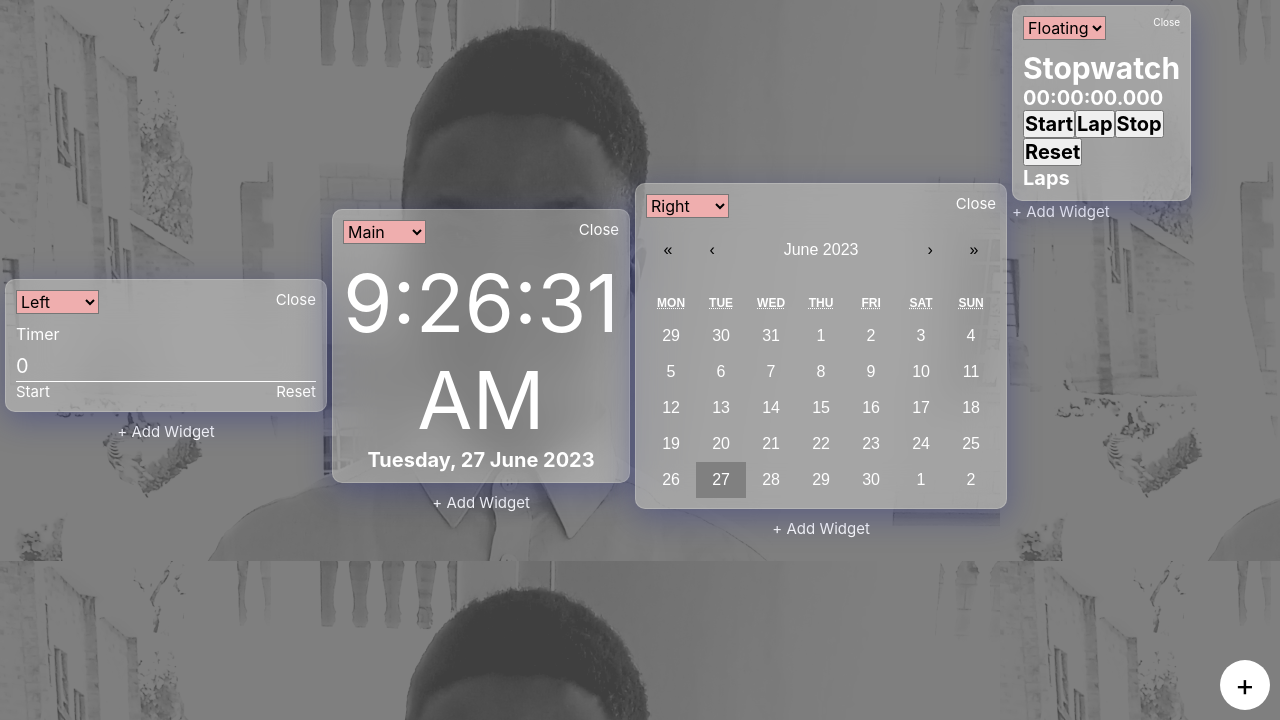
Repository: Angera-Silas/Planner-app
Page: /
The author's editor kept a copy of each file at every save. The page is drawn from the files as they stood at one save, then again after a run of saves.
The browser window is 1280 px wide. The pictures show the whole page.
The project was rebuilt for these pictures with package versions that can differ from the ones it lists, and the page was loaded fresh each time. Also part of the build but not shown: src/widgets/ReminderListWidget.js, src/modals/WidgetGalleryModal.js.

Above is the page before, as saved 2023-06-27 18:25:02.

### src/index.css
body {
  margin: 0;
  font-family: -apple-system, BlinkMacSystemFont, 'Segoe UI', 'Roboto', 'Oxygen',
    'Ubuntu', 'Cantarell', 'Fira Sans', 'Droid Sans', 'Helvetica Neue',
    sans-serif;
  -webkit-font-smoothing: antialiased;
  -moz-osx-font-smoothing: grayscale;
}

code {
  font-family: source-code-pro, Menlo, Monaco, Consolas, 'Courier New',
    monospace;
}
*,
*::before,
*::after {
 box-sizing: border-box;
}

img,
svg,
video,
canvas,
audio,
iframe,
embed,
object {
 display: block;
 max-width: 100%;
}

input,
button,
textarea,
select {
 font: inherit;
 color: black;
}

* {
 margin: 0;
 padding: 0;
 box-sizing: border-box;
 font: inherit;
 color: white;
}

/* width */
::-webkit-scrollbar {
 width: 10px;
}

/* Track */
::-webkit-scrollbar-track {
 background: #363636;
}

/* Handle */
::-webkit-scrollbar-thumb {
 background: #777;
}

/* Handle on hover */
::-webkit-scrollbar-thumb:hover {
 background: #1e1e1e;
}

### src/App.js
import React, { useState } from 'react';
import './App.css';
import ClockWidget from './widgets/ClockWidget';
import WidgetGalleryModal from './modals/WidgetGalleryModal';
import Draggable from 'react-draggable';
import TimerWidget from './widgets/TimerWidget';
import CalendarWidget from './widgets/CalendarWidget';
import MyCustomWidget from './widgets/MyCustomWidget';

function App() {
 const [widgets, setWidgets] = useState([
  { id: new Date().getTime(), component: <ClockWidget />, area: 'main-widget', name: "Date and Time" },
  { id: new Date().getTime() + 2, component: <CalendarWidget />, area: 'right-widget', name: "Calendar" },
  { id: new Date().getTime() + 1, component: <TimerWidget />, area: 'left-widget', name:"Timer" },
  { id: new Date().getTime(), component: <MyCustomWidget/>,area:'center-widget',name:"Stopwatch"},
 ])
 const [showWidgetModal, setShowWidgetModal] = useState(false)
 const [selectedWidgetArea, setSelectedWidgetArea] = useState('')

 const removeWidget = (index) => {
  try {
   setWidgets(widgets.filter(widget => widget.id !== index))
  } catch (error) {
   console.log(error)
  }
 }

 return (
  <>
   {showWidgetModal && <WidgetGalleryModal setShowWidgetModal={setShowWidgetModal} selectedWidgetArea={selectedWidgetArea} widgets={widgets} setWidgets={setWidgets} />}
   <div className="add-button"
    onClick={() => {
     console.log('add button clicked')
     setShowWidgetModal(true)
     setSelectedWidgetArea('none-widget')
    }}
   >
    <p
     className='add-widget-button'
     style={{ background: "none", border: "none", color: "black", fontSize: "30px", cursor: "pointer", backgroundColor: "white", borderRadius: "50%", width: "50px", display: "flex", justifyContent: "center", alignItems: "center", height: "50px", position: "fixed", bottom: "10px", right: "10px" }}
    >+</p>
   </div>
   <div className='none-widget' >
    {widgets.length > 0 && widgets.map((widget, index) => {
     if (widget.area === 'none-widget') {
      return (
       <Draggable>
            <div style={{ padding: 10,}} className='widget-container' >
             <div style={{ marginBottom: 10 }}>
              <select value={widget.area}
               onChange={(e) => {
                let widgetList = [...widgets]
                widgetList[index].area = e.target.value
                setWidgets(widgetList)
               }}
              >
               <option value="none-widget">Floating</option>
               <option value="left-widget">Left</option>
               <option value="main-widget">Main</option>
               <option value="right-widget">Right</option>
              </select>
              <button
               onClick={() => {
                removeWidget(widget.id)
               }}
               style={{ background: "none", border: "none", color: "white", fontSize: "15px", cursor: "pointer", float: "right" }}
              >Close</button>
             </div>
             {widget.component}
            </div>
       </Draggable>
      )
     }
    })}
   </div>
   <div className="App">
    <div className="container">
     <div className='left-widget'>
      {widgets.length > 0 && widgets.map((widget, index) => {
       if (widget.area === 'left-widget') {
        return (
         <div style={{ padding: 10,}} className='widget-container'>
          <div style={{ marginBottom: 10 }}>
           <select value={widget.area}
            onChange={(e) => {
             let widgetList = [...widgets]
             widgetList[index].area = e.target.value
             setWidgets(widgetList)
            }}
           >
            <option value="none-widget">Floating</option>
            <option value="left-widget">Left</option>
            <option value="main-widget">Main</option>
            <option value="right-widget">Right</option>
           </select>
           <button
            onClick={() => {
             removeWidget(widget.id)
            }}
            style={{ background: "none", border: "none", color: "white", fontSize: "15px", cursor: "pointer", float: "right" }}
           >Close</button>
          </div>
          {widget.component}
         </div>
        )
       }
      })}
      {widgets.filter(widget => widget.area === 'left-widget').length < 3 && widgets.filter(widget => widget.area === 'left-widget').length > 0 &&
       <button
        className='add-widget-button'
        onClick={() => {
         setShowWidgetModal(true)
         setSelectedWidgetArea('left-widget')
        }}>+ Add Widget</button>
      }
     </div>
     <div className='main-widget'>
      {widgets.length > 0 && widgets.map((widget, index) => {
       if (widget.area === 'main-widget') {
        return (
         <div style={{ padding: 10,}} className='widget-container' >
          <div style={{ marginBottom: 10 }}>
           <select value={widget.area}
            onChange={(e) => {
             let widgetList = [...widgets]
             widgetList[index].area = e.target.value
             setWidgets(widgetList)
            }}
           >
            <option value="none-widget">Floating</option>
            <option value="left-widget">Left</option>
            <option value="main-widget">Main</option>
            <option value="right-widget">Right</option>
           </select>
           <button
            onClick={() => {
             removeWidget(widget.id)
            }}
            style={{ background: "none", border: "none", color: "white", fontSize: "15px", cursor: "pointer", float: "right" }}
           >Close</button>
          </div>
          {widget.component}
         </div>
        )
       }
      })}
      {widgets.filter(widget => widget.area === 'main-widget').length < 2 &&
       <button
        className='add-widget-button'
        onClick={() => {
         setShowWidgetModal(true)
         setSelectedWidgetArea('main-widget')
        }}>+ Add Widget</button>
      }
     </div>
     <div className='right-widget'>
      {widgets.length > 0 && widgets.map((widget, index) => {
       if (widget.area === 'right-widget') {
        return (
         <div style={{ padding: 10,}} className='widget-container'>
          <div style={{ marginBottom: 10 }}>
           <select value={widget.area}
            onChange={(e) => {
             let widgetList = [...widgets]
             widgetList[index].area = e.target.value
             setWidgets(widgetList)
            }}
           >
            <option value="none-widget">Floating</option>
            <option value="left-widget">Left</option>
            <option value="main-widget">Main</option>
            <option value="right-widget">Right</option>
           </select>
           <button
            onClick={() => {
             removeWidget(widget.id)
            }}
            style={{ background: "none", border: "none", color: "white", fontSize: "15px", cursor: "pointer", float: "right" }}
           >Close</button>
          </div>
          {widget.component}
         </div>
        )
       }
      })}
      {widgets.filter(widget => widget.area === 'right-widget').length < 3 && widgets.filter(widget => widget.area === 'right-widget').length > 0 &&
       <button
        className='add-widget-button'
        onClick={() => {
         setShowWidgetModal(true)
         setSelectedWidgetArea('right-widget')
        }}>+ Add Widget</button>
      }
     </div>
     <div className='center-widget'>
      {widgets.length > 0 && widgets.map((widget, index) => {
       if (widget.area === 'center-widget') {
        return (
         <div style={{ padding: 10,}} className='widget-container' >
          <div style={{ marginBottom: 10 }}>
           <select value={widget.area}
            onChange={(e) => {
             let widgetList = [...widgets]
             widgetList[index].area = e.target.value
             setWidgets(widgetList)
            }}
           >
            <option value="none-widget">Floating</option>
            <option value="left-widget">Left</option>
            <option value="main-widget">Main</option>
            <option value="right-widget">Right</option>
           </select>
           <button
            onClick={() => {
             removeWidget(widget.id)
            }}
            style={{ background: "none", border: "none", color: "white", fontSize: "10px", cursor: "pointer", float: "right" }}
           >Close</button>
          </div>
          {widget.component}
         </div>
        )
       }
      })}
      {widgets.filter(widget => widget.area === 'center-widget').length < 2 &&
       <button
        className='add-widget-button'
        onClick={() => {
         setShowWidgetModal(true)
         setSelectedWidgetArea('center-widget')
        }}>+ Add Widget</button>
      }
     </div>
    </div>
   </div>
  </>
 )
}

export default App;

### src/App.css
.App {
  background: url("background.jpg");
  height: 100vh;
  display: flex;
  justify-content: flex-start;
  align-items: center;
  width: 100%;

}

.container {
  display: flex;
  flex-direction: row;
  align-items: flex-start;
  justify-content: space-between;
  gap: 5px;
  width: 100vh;
  padding: 5px;
  max-height: 100vh;
  height: 100%;

}

.item {
  background-color: rgba(255, 255, 255, 0.8);
  border: 1px solid rgba(0, 0, 0);
  padding: 20px;
  font-size: 30px;
  text-align: center;
}

.time {
  font-size: 80px;
  color: white;
  text-align: center;
}

.date {
  font-size: 20px;
  color: white;
  text-align: center;
  font-weight: bold;
}

.add-widget-button {
  background-color: transparent;
  color: white;
  border: none;
  font-size: 15px;
  text-align: center;
  cursor: pointer;
}

.add-widget-button:hover {
  color: #1e1e1e;
}

.right-widget,
.left-widget,
.main-widget {
  display: flex;
  justify-content: center;
  align-items: center;
  flex-direction: column;
  gap: 10px;
  height: 100%;
  max-width: 500px;
}

.none-widget {
  position: fixed;
  /* height: 100vh;
  width: 100vw; */
  top: 0px;
  left: 0px;
}

select {
 background-color: #efaeae;
}

/* Modal */
.modal {
  position: fixed;
  z-index: 1;
  padding-top: 100px;
  left: 0;
  top: 0;
  width: 100vw;
  height: 100vh;
  overflow: auto;
  background-color: rgb(0, 0, 0, 0.4);
}

.modal-content {
  background-color: #183A37;
  margin: auto;
  padding: 20px;
  width: 50%;
  max-height: 50vh;
  overflow: scroll;
}

.modal-header {
  display: flex;
  justify-content: space-between;
  align-items: flex-start;
}

.modal-header h2 {
  color: white;
  font-weight: bold;
  font-size: 25px;
}

.row {
  display: flex;
  justify-content: space-between;
  align-items: center;
  gap: 10px;
}

.widget-gallery-item {
  color: black;
  border: 1px solid white;
  padding: 10px;
  margin-bottom: 10px;
}

.text-input {
  outline: none;
  border: none;
  border-bottom: 1px solid white;
  width: 100%;
  background-color: transparent;
  color: white;
  font-size: 20px;
  margin-top: 10px;
  padding-bottom: 3px;
}

.widget-container {
  background: rgba(255, 255, 255, 0.3);
  box-shadow: 0 8px 32px 0 rgba(31, 38, 135, 0.37);
  backdrop-filter: blur(20px);
  -webkit-backdrop-filter: blur(20px);
  border-radius: 10px;
  border: 1px solid rgba(255, 255, 255, 0.18);

}

.widget-gallery-item-name{
  font-size: 20px;
  font-weight: bold;
  margin-bottom: 10px;
}
.stopwatch {
 width: 100%;
 font-size: 20px;
 color: white;
 font-weight: bold;
}

### src/widgets/ClockWidget.js
import React, { useEffect, useState } from 'react'

export default function ClockWidget() {
  const [time, setTime] = useState(new Date().toLocaleTimeString())
  const [date, setDate] = useState(new Date())
  useEffect(() => {
    const interval = setInterval(() => {
      setTime(new Date().toLocaleTimeString())
      setDate(new Date())
    }, 1000)
    return () => clearInterval(interval)
  }, [])

  const tidyDate = (date) => {
    const dateArray = date
    const day = dateArray.getDay()
    const dateNumber = dateArray.getDate()
    const month = dateArray.getMonth() + 1
    const year = dateArray.getFullYear()

    const days = ['Sunday', 'Monday', 'Tuesday', 'Wednesday', 'Thursday', 'Friday', 'Saturday']
    const months = ['January', 'February', 'March', 'April', 'May', 'June', 'July', 'August', 'September', 'October', 'November', 'December']

    return `${days[day]}, ${dateNumber} ${months[month - 1]} ${year}`

  }

  return (
    <div>
      <p className='time'>{time}</p>
      <p className='date'>{tidyDate(date)}</p>
    </div>
  )
}

### src/widgets/TimerWidget.js
import React, { useEffect, useState } from 'react'

export default function TimerWidget() {
  const [timerListData, setTimerListData] = useState({
    time: 0,
    isRunning: false,
  })

  const tidyTime = (time) => {
    let hours = Math.floor(time / 3600)
    let minutes = Math.floor((time - (hours * 3600)) / 60)
    let seconds = time - (hours * 3600) - (minutes * 60)

    if (hours < 10) { hours = "0" + hours }
    if (minutes < 10) { minutes = "0" + minutes }
    if (seconds < 10) { seconds = "0" + seconds }

    return hours + ':' + minutes + ':' + seconds
  }

  useEffect(() => {
    // timer logic
    let interval = null
    if (timerListData.isRunning && timerListData.time > 0) {
      interval = setInterval(() => {
        setTimerListData({
          ...timerListData,
          time: parseInt(timerListData.time) - 1,
        })
      }, 1000)
    } else if (!timerListData.isRunning && timerListData.time !== 0) {
      setTimerListData({
        ...timerListData,
        isRunning: false,
      })
      clearInterval(interval)
    } else if (timerListData.isRunning && timerListData.time === 0) {
      setTimerListData({
        ...timerListData,
        isRunning: false,
      })
      clearInterval(interval)
      alert('Timer is up!')
    }

      return () => clearInterval(interval)
  }, [timerListData.isRunning, timerListData.time])

  return (
    <div style={{ minWidth: 300 }}>
      <div style={{ display: "flex", justifyContent: "space-between", alignItems: "row" }}>
        <p>Timer</p>
      </div>
      <div className='timer-container'>
        <div className='timer-display'>
          {timerListData.isRunning ?
            <p style={{ textAlign: "center", fontWeight: "bold", fontSize: 20 }}>{tidyTime(timerListData.time)}</p>
            :
            <input type="text" className='text-input' value={timerListData.time} onChange={(e) => {
              setTimerListData({
                ...timerListData,
                time: e.target.value,
              })
            }} />
          }
        </div>
        <div className='timer-controls' style={{ display: "flex", justifyContent: "space-between", alignItems: "center", }}>
          <button
            style={{
              background: "none",
              border: "none",
              color: "white",
              fontSize: "15px",
              cursor: "pointer",
            }}
            onClick={() => {
              setTimerListData({
                ...timerListData,
                isRunning: !timerListData.isRunning,
              })
            }}
          >{timerListData.isRunning ? 'Stop' : 'Start'}</button>
          <button
            style={{
              background: "none",
              border: "none",
              color: "white",
              fontSize: "15px",
              cursor: "pointer",
            }}
            onClick={() => {
              setTimerListData({
                ...timerListData,
                time: 0,
              })
            }}
          >Reset</button>
        </div>
      </div>
    </div>
  )
}

### src/widgets/MyCustomWidget.js
import React, { useEffect, useState } from 'react';
import { BsStopwatch } from 'react-icons/bs'

export default function MyCustomWidget() {
   const [stopwatchData, setStopwatchData] = useState([
  { id: 0, name: "Timer 1", time: 0, isRunning: false, lap: [], time_started: 0, pause: [] },
 ])
 const [selectedRow, setSelectedRow] = useState(0)

 useEffect(() => {
  const interval = setInterval(() => {
   setStopwatchData(stopwatchData.map((stopwatch) => {
    if (stopwatch.isRunning) {
     return { ...stopwatch, time: new Date() - stopwatch.time_started - stopwatch.pause.reduce((a, b) => a + b, 0) }
    }
    return stopwatch
   }))
  }, 10)
  return () => clearInterval(interval)
 }, [stopwatchData])
 const handleStart = (id) => {
  setStopwatchData(stopwatchData.map((stopwatch) => {
   if (stopwatch.id === id) {
    return { ...stopwatch, isRunning: true, time_started: new Date() - stopwatch.time - stopwatch.pause.reduce((a, b) => a + b, 0) }
   }
   return stopwatch
  }))
 }

 const handleStop = (id) => {
  setStopwatchData(stopwatchData.map((stopwatch) => {
   if (stopwatch.id === id) {
    return { ...stopwatch, isRunning: false, pause: [...stopwatch.pause, new Date() - stopwatch.time_started - stopwatch.pause.reduce((a, b) => a + b, 0)] }
   }
   return stopwatch
  }))
 }

 const handleReset = (id) => {
  setStopwatchData(stopwatchData.map((stopwatch) => {
   if (stopwatch.id === id) {
    return { ...stopwatch, time: 0, isRunning: false, lap: [] }
   }
   return stopwatch
  }))
 }

 const handleLap = (id) => {
  setStopwatchData(stopwatchData.map((stopwatch) => {
   if (stopwatch.id === id) {
    return { ...stopwatch, lap: [...stopwatch.lap, stopwatch.time] }
   }
   return stopwatch
  }))
 }
  return (
    <div className='stopwatch'>
      <div style={{ display: "flex", alignItems: "center", flexDirection: "row", justifyContent: "space-between", width: "100%" }}>
      <div style={{ textAlign: "left" }}>
       <h1 style={{ fontWeight: "bold", fontSize: 30 }}>Stopwatch</h1>
      </div>
     </div>

     <p className='main-time-label'>{stopwatchData[selectedRow]?.time > 0 ? new Date(stopwatchData[selectedRow]?.time).toISOString().slice(11, -1) : "00:00:00.000"}</p>
     <div className="main-button-controls">
      <button className={"control-buttons"} onClick={() => handleStart(stopwatchData[selectedRow].id)}>Start</button>
      <button className={"control-buttons"} onClick={() => handleLap(stopwatchData[selectedRow].id)}>Lap</button>
      <button className={"control-buttons"} onClick={() => handleStop(stopwatchData[selectedRow].id)}>Stop</button>
      <button className={"control-buttons"} onClick={() => handleReset(stopwatchData[selectedRow].id)}>Reset</button>
     </div>
     <p className='lap-label'>Laps</p>
     <div className='lap-container'>
      {stopwatchData[selectedRow]?.lap.length > 0 && stopwatchData[selectedRow]?.lap.map((lap, index) => (
       <div style={{ display: "flex", justifyContent: "space-between", width: "500px" }}>
        <p>Lap {index + 1}</p>
        <p className='lap-time-label' key={index}>{new Date(lap).toISOString().slice(11, -1)}</p>
       </div>
      ))}
     </div>
    </div>
  )
}

### src/styles/styles.css
.react-calendar {
  width: 350px;
  max-width: 100%;
  background: transparent;
  font-family: Arial, Helvetica, sans-serif;
  line-height: 1.125em;
}

.react-calendar--doubleView {
  width: 700px;
}

.react-calendar--doubleView .react-calendar__viewContainer {
  display: flex;
  margin: -0.5em;
}

.react-calendar--doubleView .react-calendar__viewContainer > * {
  width: 50%;
  margin: 0.5em;
}

.react-calendar,
.react-calendar *,
.react-calendar *:before,
.react-calendar *:after {
  -moz-box-sizing: border-box;
  -webkit-box-sizing: border-box;
  box-sizing: border-box;
}

.react-calendar button {
  margin: 0;
  border: 0;
  outline: none;
}

.react-calendar button:enabled:hover {
  cursor: pointer;
}

.react-calendar__navigation {
  display: flex;
  height: 44px;
  margin-bottom: 1em;
}

.react-calendar__navigation button {
  min-width: 44px;
  background: none;
}

.react-calendar__navigation button:disabled {
  background-color: #f0f0f0;
}

.react-calendar__navigation button:enabled:hover,
.react-calendar__navigation button:enabled:focus {
  background-color: #e6e6e6;
}

.react-calendar__month-view__weekdays {
  text-align: center;
  text-transform: uppercase;
  font-weight: bold;
  font-size: 0.75em;
}

.react-calendar__month-view__weekdays__weekday {
  padding: 0.5em;
}

.react-calendar__month-view__weekNumbers .react-calendar__tile {
  display: flex;
  align-items: center;
  justify-content: center;
  font-size: 0.75em;
  font-weight: bold;
}

.react-calendar__month-view__days__day--weekend {
  color: #d10000;
}

.react-calendar__month-view__days__day--neighboringMonth {
  color: #757575;
}

.react-calendar__year-view .react-calendar__tile,
.react-calendar__decade-view .react-calendar__tile,
.react-calendar__century-view .react-calendar__tile {
  padding: 2em 0.5em;
}

.react-calendar__tile {
  max-width: 100%;
  padding: 10px 6.6667px;
  background: none;
  text-align: center;
  line-height: 16px;
}

.react-calendar__tile:disabled {
  background-color: #f0f0f0;
}

.react-calendar__tile:enabled:hover,
.react-calendar__tile:enabled:focus {
  background-color: #e6e6e6;
}

.react-calendar__tile--now {
  background: gray;
}

.react-calendar__tile--now:enabled:hover,
.react-calendar__tile--now:enabled:focus {
  background: gray;
}

.react-calendar__tile--hasActive {
  background: #76baff;
}

.react-calendar__tile--hasActive:enabled:hover,
.react-calendar__tile--hasActive:enabled:focus {
  background: #a9d4ff;
}

.react-calendar__tile--active {
  background: #006edc;
  color: white;
}

.react-calendar__tile--active:enabled:hover,
.react-calendar__tile--active:enabled:focus {
  background: #1087ff;
}

.react-calendar--selectRange .react-calendar__tile--hover {
  background-color: #e6e6e6;
}

Loaded but not shown: public/index.html (common file); src/index.js (common file); src/reportWebVitals.js (common file); src/widgets/CalendarWidget.js (common file)

After the next 5 saves:
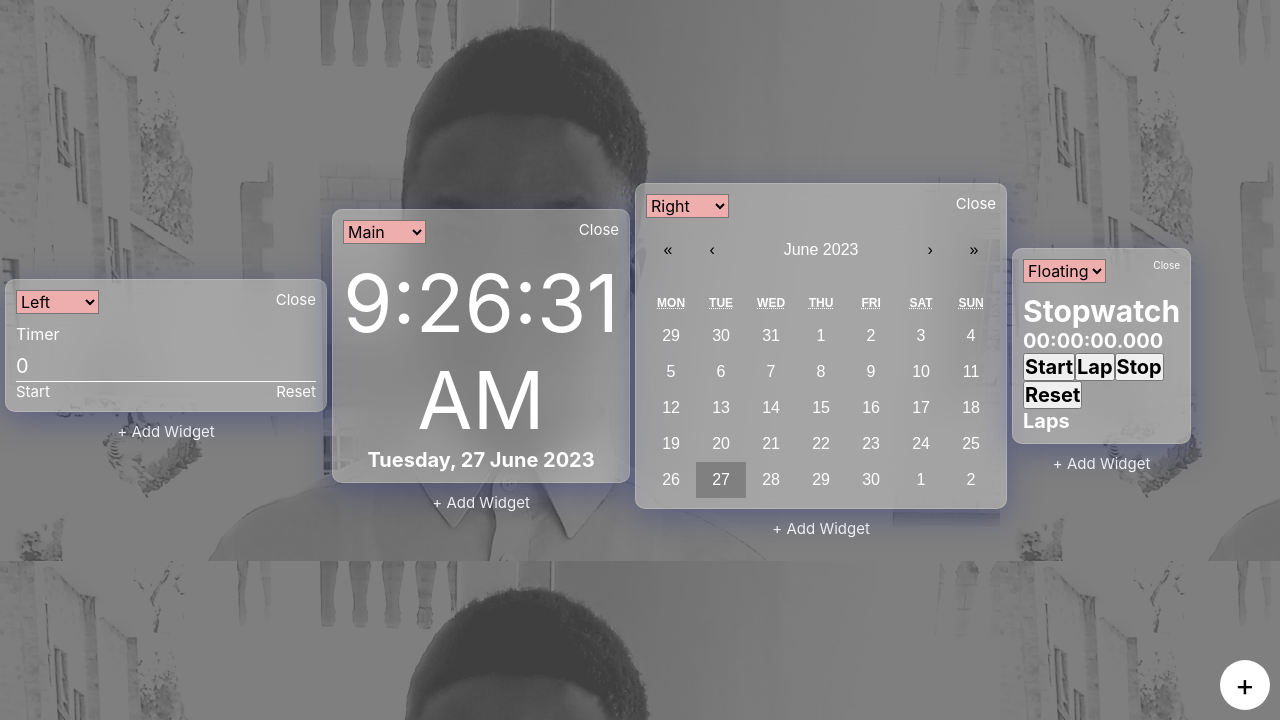
The 5 saves are shown as one change because they came seconds apart.
The last was saved 32 s later.
--- a/src/App.css
+++ b/src/App.css
@@ -57,7 +57,8 @@
 
 .right-widget,
 .left-widget,
-.main-widget {
+.main-widget,
+.center-widget {
   display: flex;
   justify-content: center;
   align-items: center;
